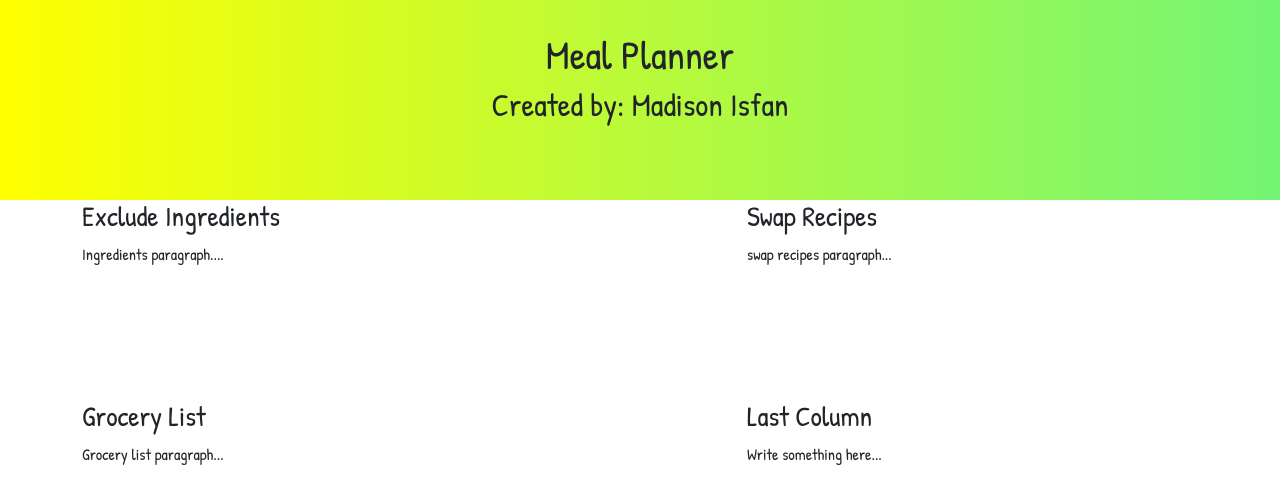
Repository: madisonisfan/Meal-Planner
Page: index.html
The author's editor kept a copy of each file at every save. The page is drawn from the files as they stood at one save, then again after the next save.
The browser window is 1280 px wide. The pictures show the whole page.
Some web libraries are served in a nearby version.

Above is the page before, as saved 2021-02-17 16:57:08.

After the next save:
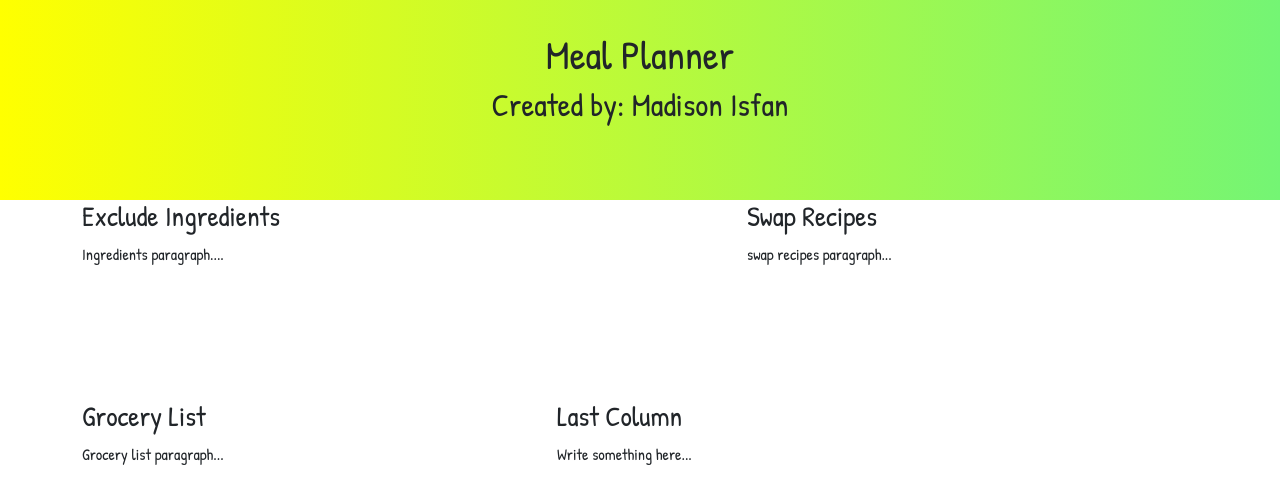
Saved 3 min 49 s later.
--- a/index.html
+++ b/index.html
@@ -37,7 +37,7 @@
             </div>
         </div>
 
-        <div class="row row-content justify-content-between">
+        <div class="row row-content ml-auto">
             <div class="col-5">
                 <h3>Grocery List</h3>
                 <p>Grocery list paragraph...</p>

After the save that followed:
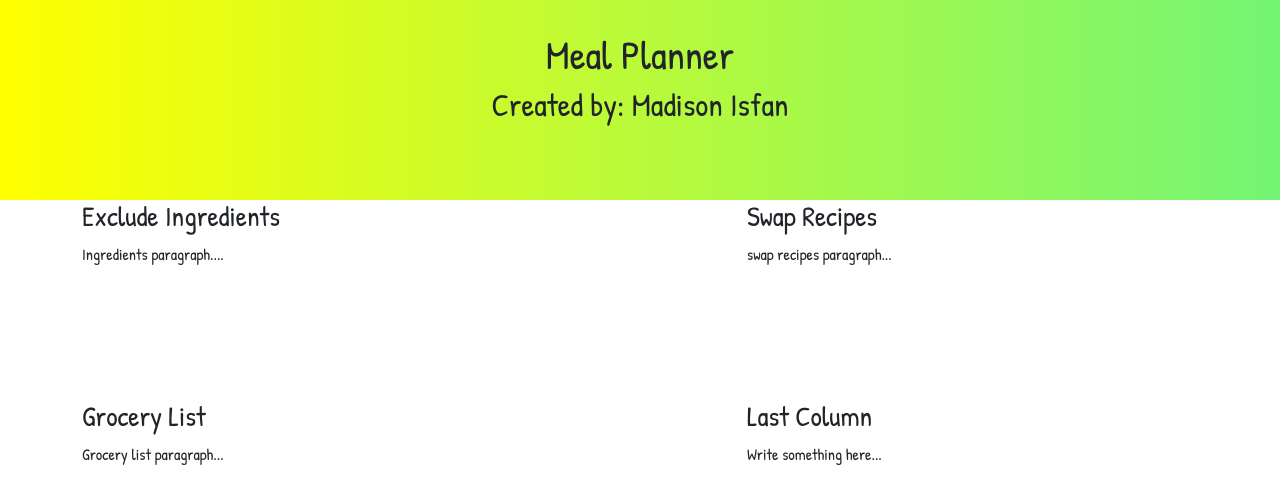
Saved 17 s later.
--- a/index.html
+++ b/index.html
@@ -37,7 +37,7 @@
             </div>
         </div>
 
-        <div class="row row-content ml-auto">
+        <div class="row row-content justify-content-between">
             <div class="col-5">
                 <h3>Grocery List</h3>
                 <p>Grocery list paragraph...</p>
